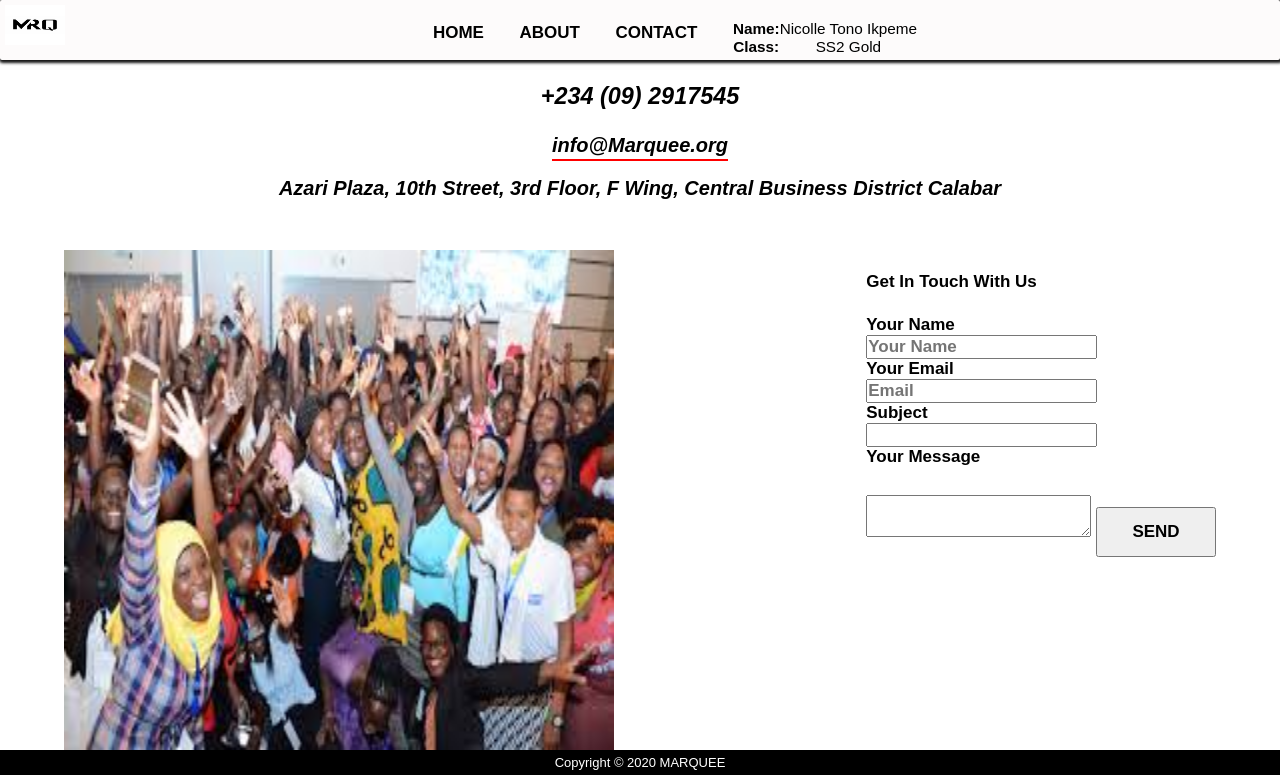
Repository: pboi18/Marquee.org
Page: contact.html
The author's editor kept a copy of each file at every save. The page is drawn from the files as they stood at one save, then again after the next save.
The browser window is 1280 px wide. The pictures show the whole page.

Above is the page before, as saved 2020-07-11 21:33:25.

After the next save:
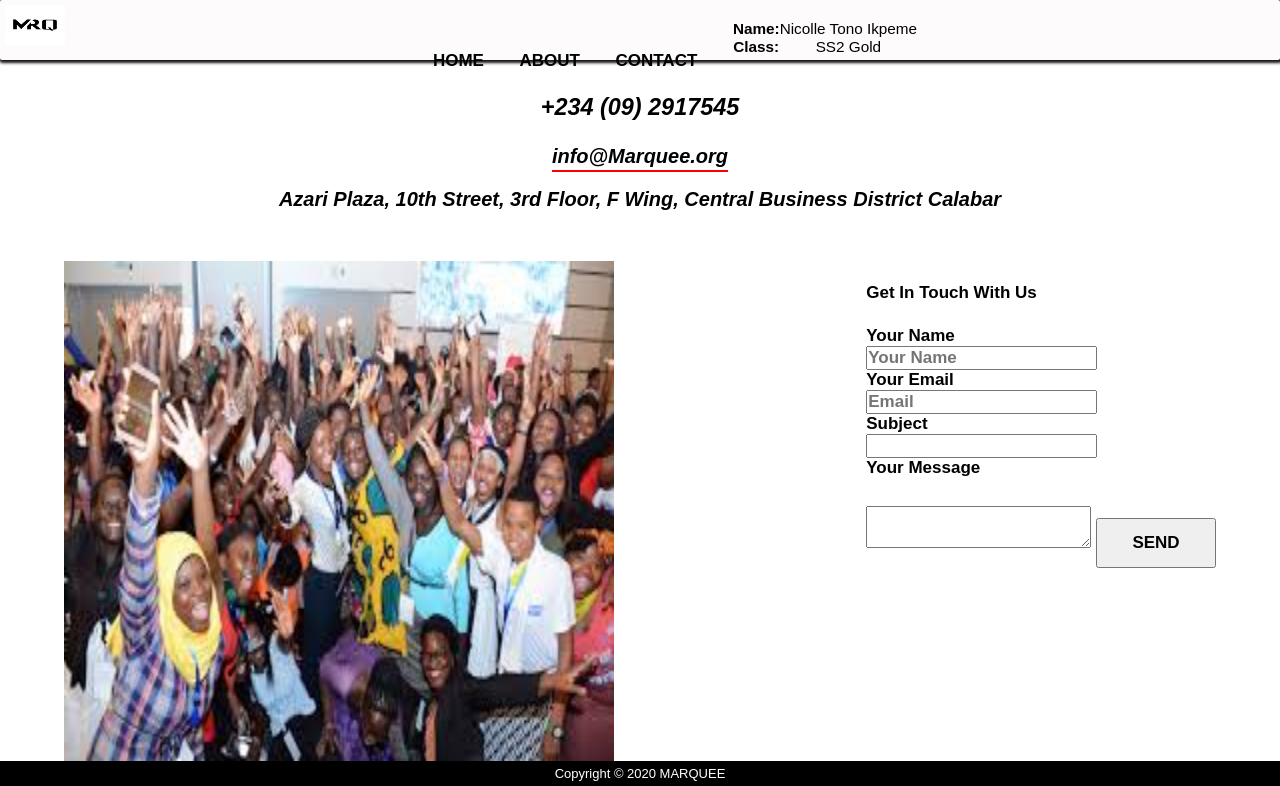
Saved 6 s later.
--- a/style.css
+++ b/style.css
@@ -71,7 +71,7 @@ label {
 }
 .id {
     /* margin-right: 5px; */
-    display: inline-table;
+    /* display: inline-table; */
     /* margin: auto; */
     /* position: inherit; */
     /* top: 1%; */

After the save that followed:
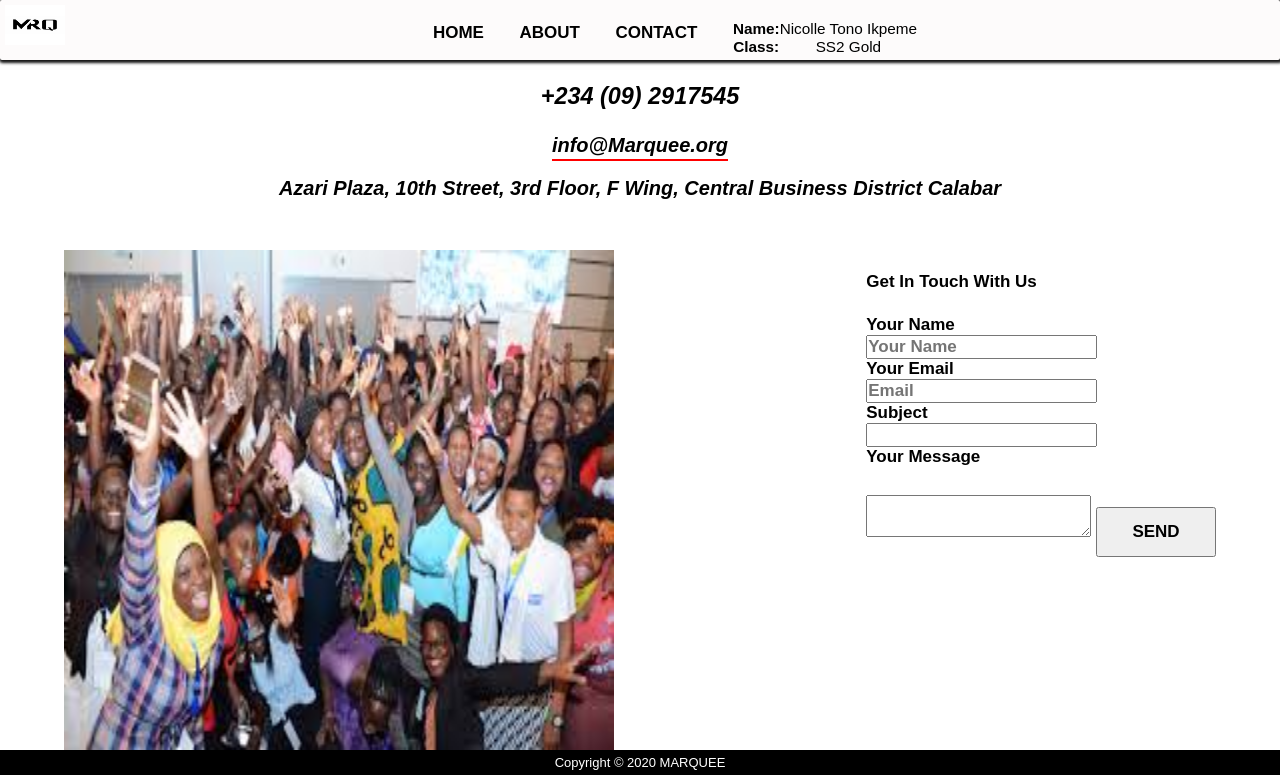
Saved 5 s later.
--- a/style.css
+++ b/style.css
@@ -71,7 +71,7 @@ label {
 }
 .id {
     /* margin-right: 5px; */
-    /* display: inline-table; */
+    display: inline-table;
     /* margin: auto; */
     /* position: inherit; */
     /* top: 1%; */
